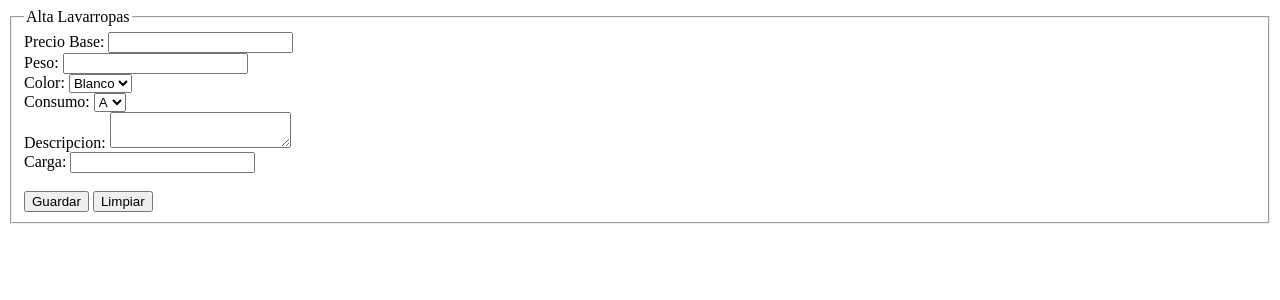
Repository: natijohansen/tp-java
Page: http://localhost/etapa_web/alta-lavarropas.jsp
These files come from the project's save history. The page is drawn as it stood at one moment and after the next save; the edit follows.
The browser window is 1280 px wide. The pictures show the whole page.
The page is served by Tomcat 9. Nobody is signed in. The application's start-up code is not run.

Above is the page before, as saved 2014-12-11 23:06:46.

After the next save:
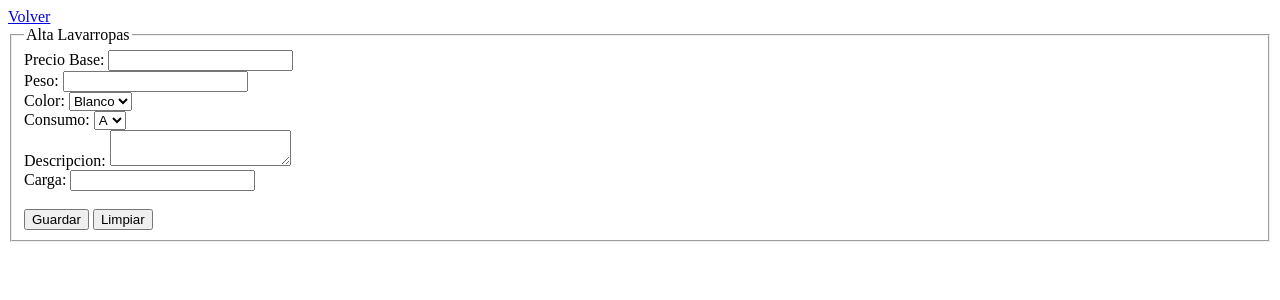
Saved 8 min 17 s later.
--- a/etapa_web/WebContent/alta-lavarropas.jsp
+++ b/etapa_web/WebContent/alta-lavarropas.jsp
@@ -7,6 +7,7 @@
   </style>
 </head>
 <body>
+<a href="alta.html">Volver</a>
 
 <form method="post" action="alta-lavarropas">
 <fieldset>
